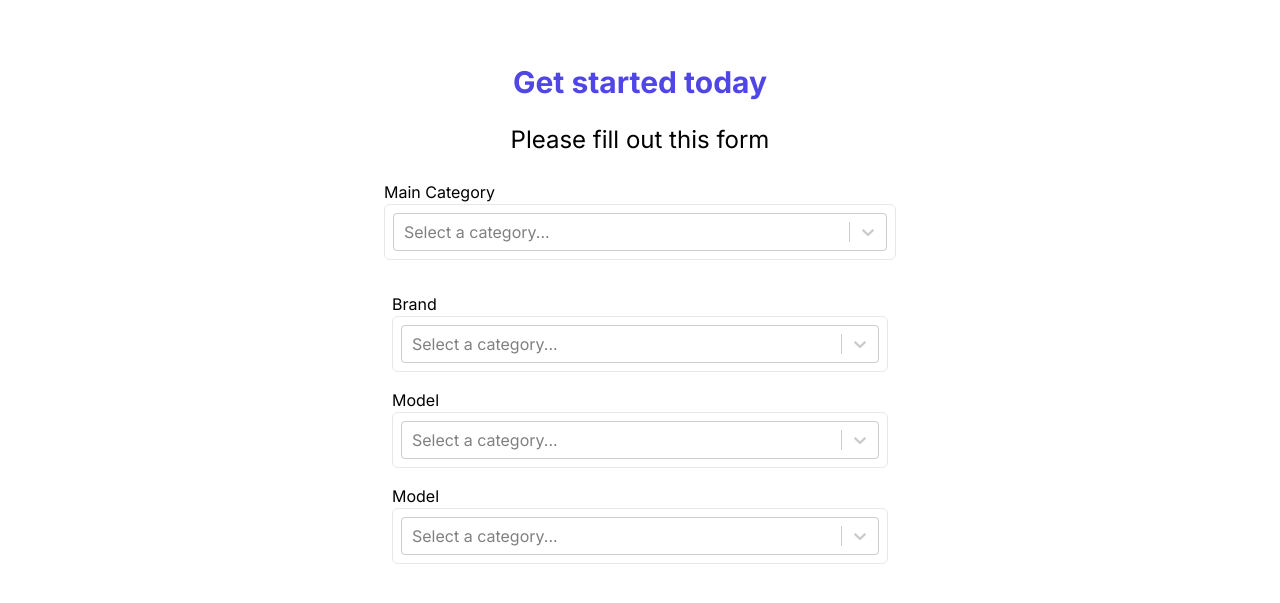
Repository: abdulrahmanmahmood/Mazaady-Portal-Frontend-Task-react-next--1
Page: /
The author's editor kept a copy of each file at every save. The page is drawn from the files as they stood at one save, then again after the next save.
The browser window is 1280 px wide. The pictures show the whole page.
The page's requests for data from a server got no answer. The project was rebuilt for these pictures with package versions that can differ from the ones it lists, and the page was loaded fresh each time. The framework's server and built-in components were replaced by stand-ins that run in the browser. No one was signed in, and anything a server would have sent is missing. Also part of the build but not shown: next.config.mjs.

Above is the page before, as saved 2024-01-29 20:58:03.

After the next save:
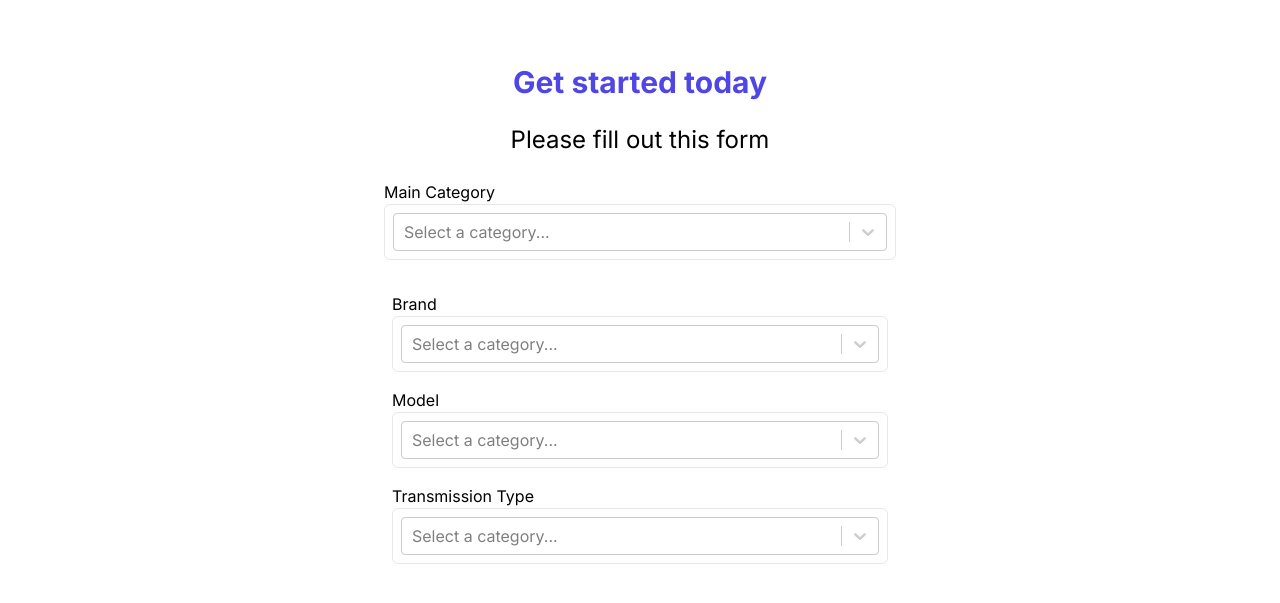
Saved 10 s later.
--- a/app/components/Cars.js
+++ b/app/components/Cars.js
@@ -33,7 +33,7 @@ const Cars = ({ carsBrand, carsModels }) => {
         className="p-2 border rounded-md focus:outline-none focus:ring focus:border-blue-300 mb-4 w-full"
       />
             <label htmlFor="main-category" className="">
-        Model
+        Transmission Type
       </label>
       <Select
         id="main-category"
